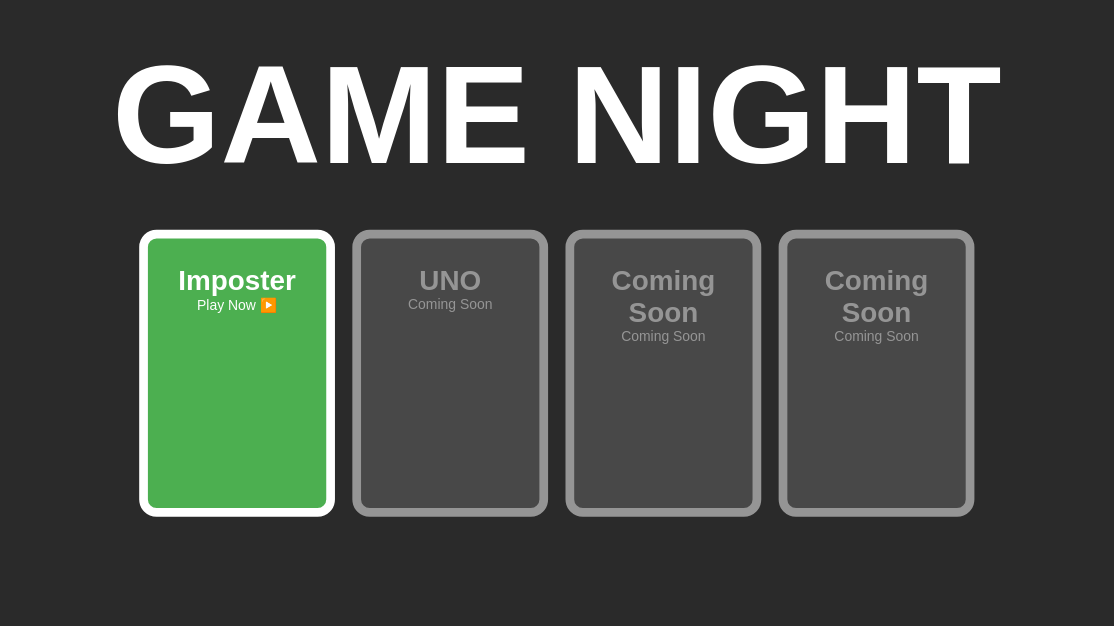
Repository: nfemmanuel/game-night-app
Page: /
An editor plug-in stored every save of this project. The page is shown before and after a run of saves, followed by the edit.
The browser window is 1280 px wide. The pictures show the whole page, at 87% of full size.
The project was rebuilt for these pictures with package versions that can differ from the ones it lists, and the page was loaded fresh each time.

Above is the page before, as saved 2025-12-31 16:34:22.

After the next 3 saves:
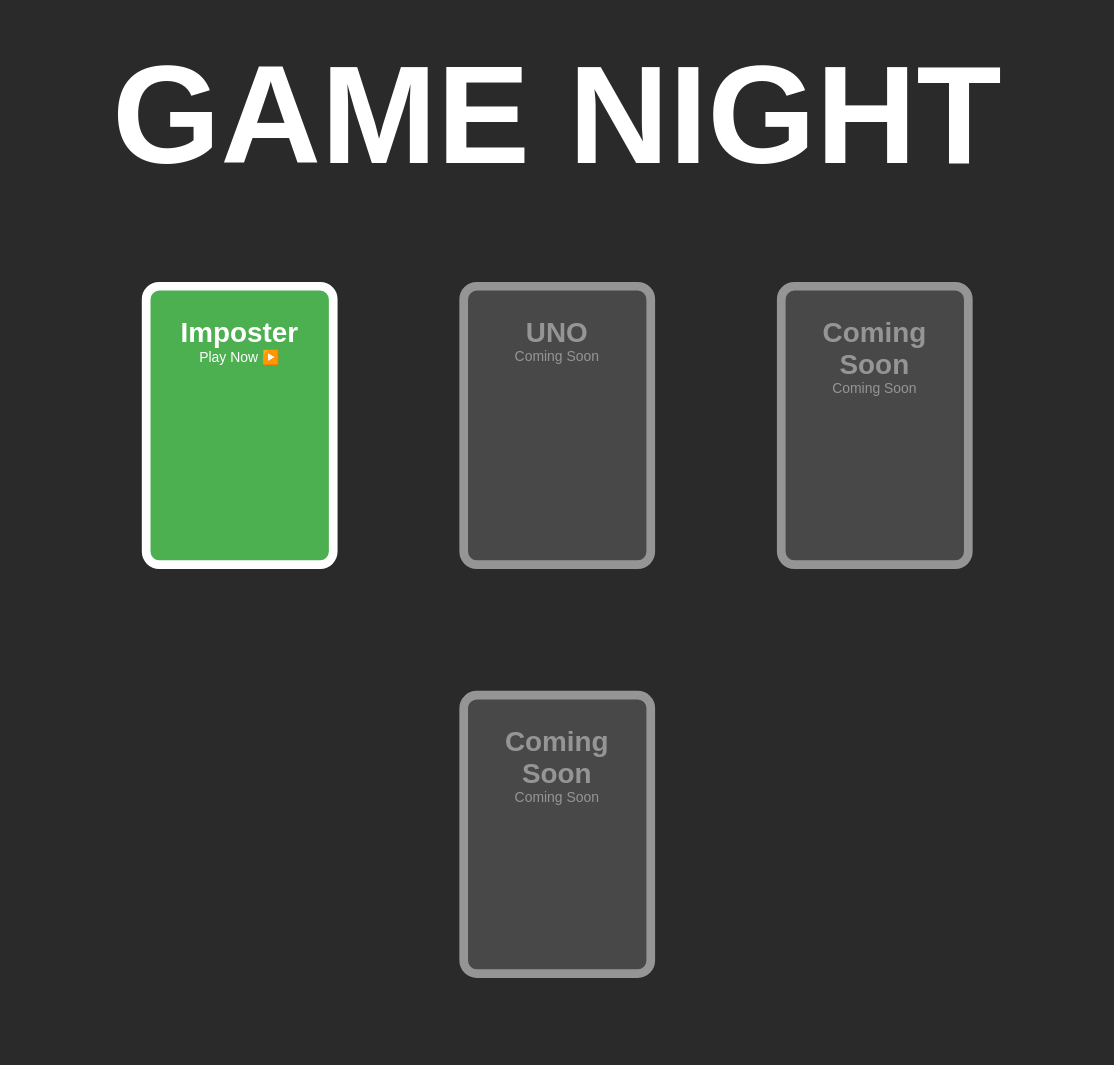
The 3 saves are shown as one change because they came seconds apart.
The last was saved 10 s later.
--- a/src/components/GameCard.module.css
+++ b/src/components/GameCard.module.css
@@ -2,6 +2,7 @@
     width: 225px;
     height: 330px;
     padding: 30px;
+    margin: 60px;
     border-radius: 20px;
     border: 10px solid white;
     text-align: center;
